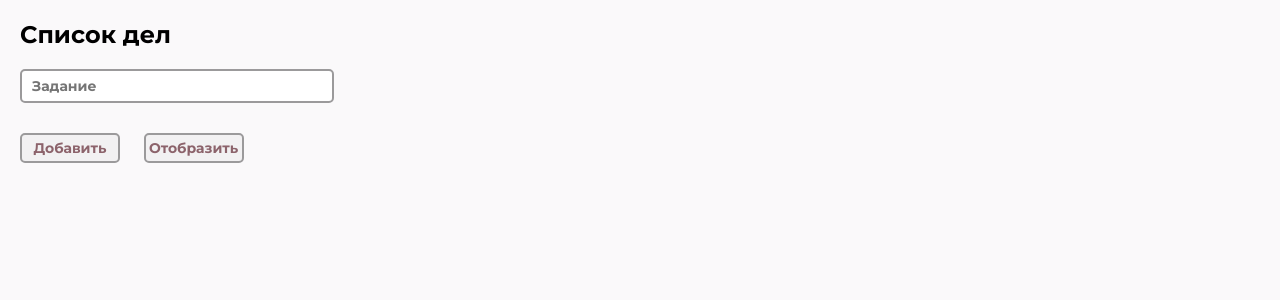
Repository: andbaik/it_unit9
Page: index.html
These files come from the project's save history. The page is drawn as it stood at one moment and after the next save; the edit follows.
The browser window is 1280 px wide. The pictures show the whole page.

Above is the page before, as saved 2021-04-10 20:18:00.

### index.html
<!DOCTYPE html>
<html lang="ru">
<head>
    <meta charset="UTF-8">
    <meta http-equiv="X-UA-Compatible" content="IE=edge">
    <meta name="viewport" content="width=device-width, initial-scale=1.0">
    <title>Список дел</title>
    <link rel="stylesheet" href="/css/style.css">
</head>
<body>

    <head>
        <h1>Список дел</h1>
    </head>
    <section>
        <input type="text" name="task" id="task" placeholder="Задание">
        <div class="btn-block">
        <button id="add_btn" class="add-task btn">Добавить</button>
        <button id="show_btn" class="show-task btn">Отобразить</button>
        </div>
        <div class="result">Элемент был добавлен</div>
    </section>
    <script src="https://ajax.googleapis.com/ajax/libs/jquery/3.6.0/jquery.min.js"></script>
    <scripts></scripts>
</body>
</html>

### css/style.css
@import url('https://fonts.googleapis.com/css2?family=Montserrat:wght@400;700&display=swap');

* {
    margin: 0;
    padding: 0;
    font-family: 'Montserrat', sans-serif;
    font-size: 14px;
}

body {
    margin: 20px;
    background-color: #FAF9FA;

}

h1 {
    font-size: 24px;
}

input {
    width: 300px;
    height: 30px;
    border: 2px solid #9B9A9B;
    border-radius: 5px;
    color: #6B6A6B;
    outline: none;
    padding-left: 10px;
    font-weight: 700;
    margin: 20px 0;
}

input:focus{
    border-color: #8C636B;
    color: #8C636B;
}

section .btn-block{
    margin: 10px 0;
}

.btn {
    width: 100px;
    height: 30px;
    background-color: #F2F1F2;
    color: #8C636B;
    border: 2px solid #9B9A9B;
    border-radius: 5px;
    font-weight: 700;
    outline: none;

}

.btn:hover {
    border-color: rgb(151, 24, 24);
    background-color: #8C636B;
    color: white;
}

.show-task{
    margin-left: 20px;
}

.result {
    width: 300px;
    height: 30px;
    border: 2px solid #9B9A9B;
    border-radius: 5px;
    line-height: 30px;
    font-weight: 700;
    color: #848384;
    padding: 10px;
    margin: 30px 0;
    display: none;
}

.add-el{
    color: #5C5B5C;
}

After the next save:
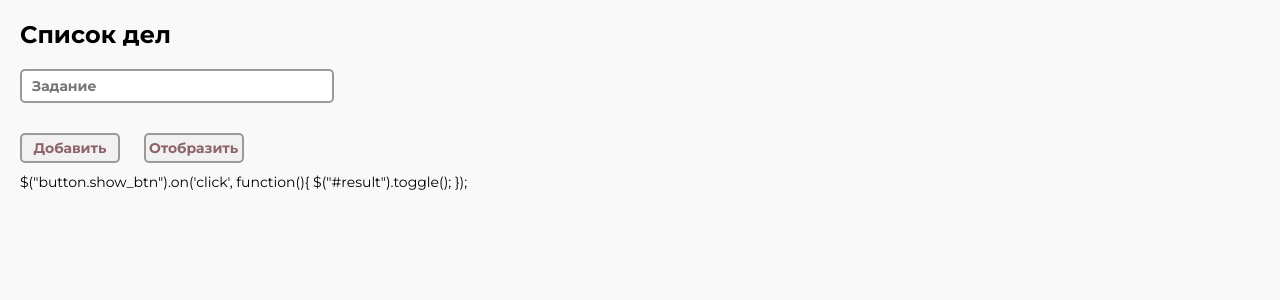
Saved 4 s later.
--- a/index.html
+++ b/index.html
@@ -21,6 +21,10 @@
         <div class="result">Элемент был добавлен</div>
     </section>
     <script src="https://ajax.googleapis.com/ajax/libs/jquery/3.6.0/jquery.min.js"></script>
-    <scripts></scripts>
+    <scripts>
+        $("button.show_btn").on('click', function(){
+            $("#result").toggle();
+        });
+    </scripts>
 </body>
 </html>

After the save that followed:
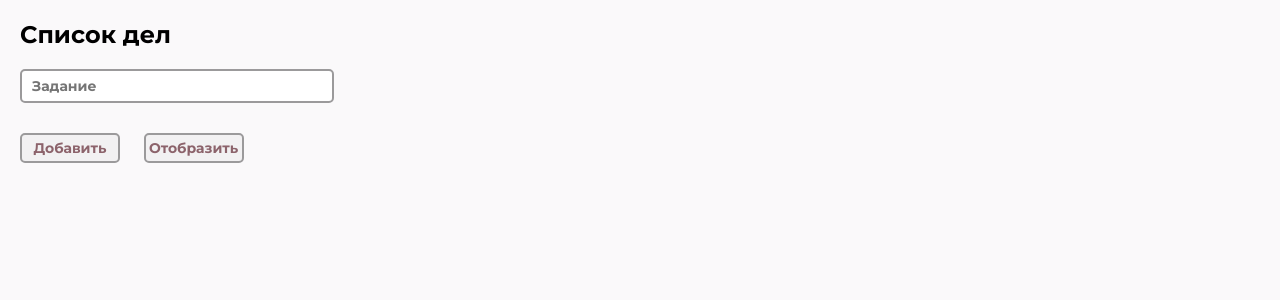
Saved 63 s later.
--- a/index.html
+++ b/index.html
@@ -21,10 +21,10 @@
         <div class="result">Элемент был добавлен</div>
     </section>
     <script src="https://ajax.googleapis.com/ajax/libs/jquery/3.6.0/jquery.min.js"></script>
-    <scripts>
+    <script>
         $("button.show_btn").on('click', function(){
             $("#result").toggle();
         });
-    </scripts>
+    </script>
 </body>
 </html>
